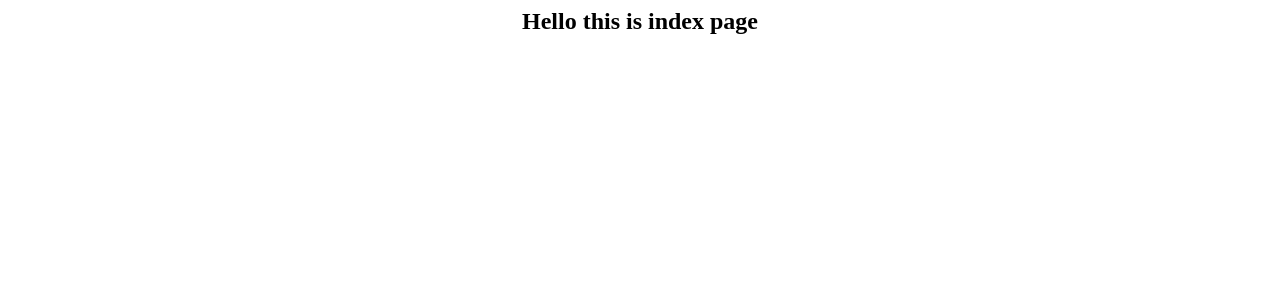
Repository: namanmeena05/Spring
Page: http://localhost/springMVC/
An editor plug-in stored every save of this project. The page is shown before and after the next save, followed by the edit.
The browser window is 1280 px wide. The pictures show the whole page.
The page is served by Tomcat 9. Other server files are loaded and not shown.

Above is the page before, as saved 2023-12-13 02:51:36.

### SpringCoreWorkspace/springMVC/src/main/webapp/index.jsp
<html>
<body>
<h2 align="center">Hello this is index page

<a href="WelcomeCtl"></a>
</h2>

</body>
</html>

After the next save:
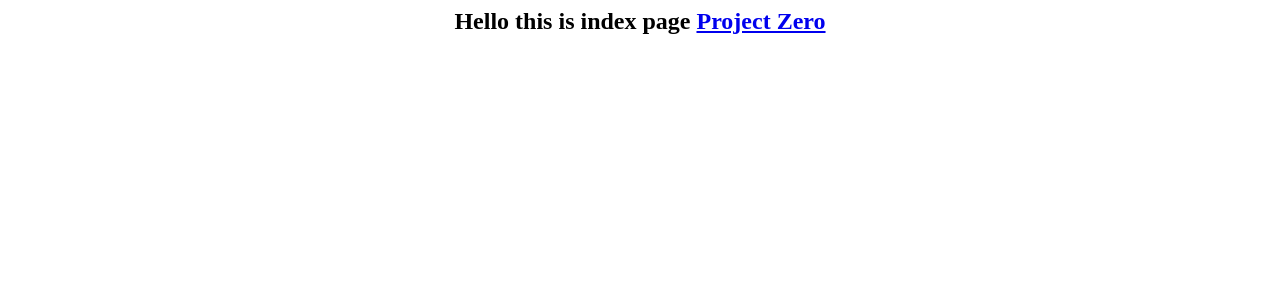
Saved 38 s later.
--- a/SpringCoreWorkspace/springMVC/src/main/webapp/index.jsp
+++ b/SpringCoreWorkspace/springMVC/src/main/webapp/index.jsp
@@ -2,7 +2,7 @@
 <body>
 <h2 align="center">Hello this is index page
 
-<a href="WelcomeCtl"></a>
+<a href="WelcomeCtl">Project Zero</a>
 </h2>
 
 </body>
